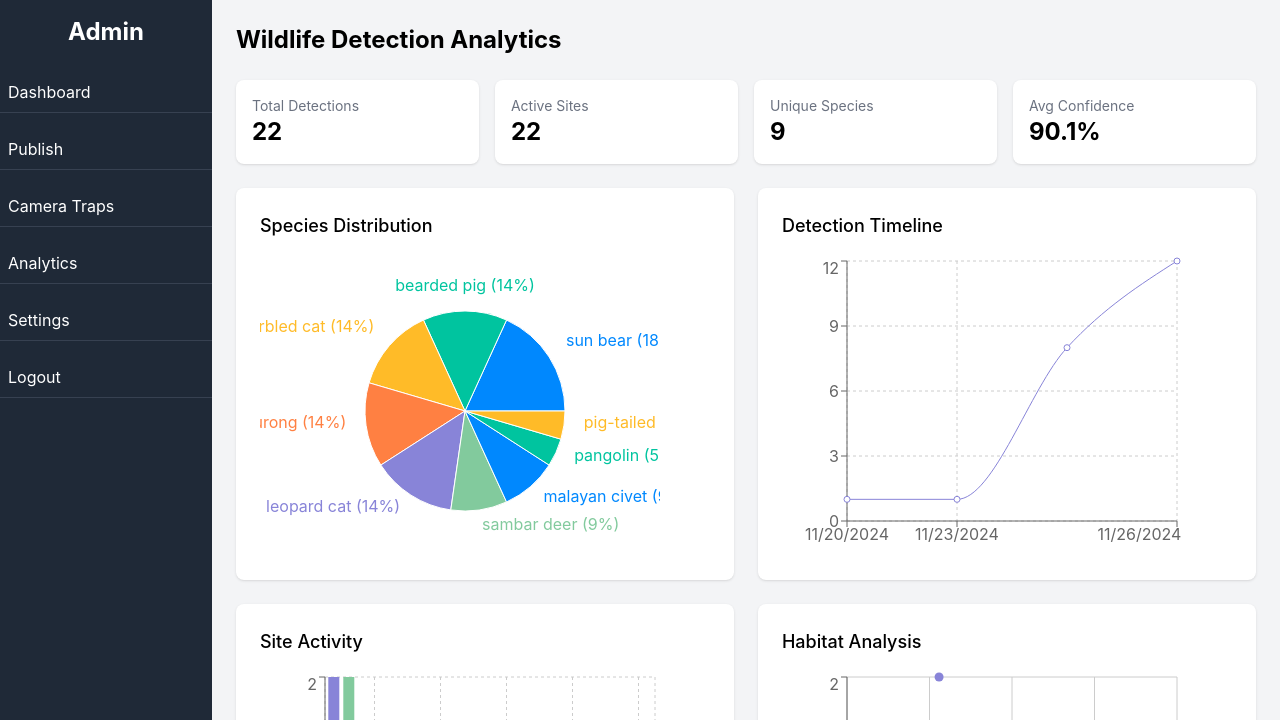
Repository: DominicMathew240/wildlife
Page: /pages/admin/dashboard/analytics
These files come from the project's save history. The page is drawn as it stood at one moment and after a run of saves; the edit follows.
The browser window is 1280 px wide. The pictures show the whole page.
An inner scrolling area shows only its first screen. Some web libraries are served in a nearby version. The project was rebuilt for these pictures with package versions that can differ from the ones it lists, and the page was loaded fresh each time. The framework's server and built-in components were replaced by stand-ins that run in the browser. Also part of the build but not shown: next.config.mjs.

Above is the page before, as saved 2024-11-25 23:57:49.

### src/app/layout.js
import localFont from "next/font/local";
import "./globals.css";

const geistSans = localFont({
  src: "./fonts/GeistVF.woff",
  variable: "--font-geist-sans",
  weight: "100 900",
});
const geistMono = localFont({
  src: "./fonts/GeistMonoVF.woff",
  variable: "--font-geist-mono",
  weight: "100 900",
});

export const metadata = {
  title: "Wild Life",
  description: "Wild Life of Sarawak",
};

export default function RootLayout({ children }) {
  return (
    <html lang="en">
      <head>
        <link href="https://cdn.jsdelivr.net/npm/flowbite@2.5.1/dist/flowbite.min.css" rel="stylesheet" />
      </head>
      <body className={`${geistSans.variable} ${geistMono.variable} antialiased`} >
        {children}

        <script src="https://cdn.jsdelivr.net/npm/flowbite@2.5.1/dist/flowbite.min.js"></script>
      </body>
    </html>
  );
}

### src/app/pages/admin/dashboard/analytics/page.js
"use client";

import React, { useState, useEffect } from 'react';
import { BarChart, Bar, XAxis, YAxis, CartesianGrid, Tooltip, Legend, PieChart, Pie, Cell, LineChart, Line, ScatterChart, Scatter } from 'recharts';
import Sidebar from "../../components/sidebar";
import { createClient } from '@vercel/postgres';


export default function Analytics() {
  // Mock data matching our database schema
  const detectionData = [
    { site_id: '0002-A', species: 'sun bear', confidence: 0.89, timestamp: '2024-11-20 14:23:15' },
    { site_id: '0002-A', species: 'bearded pig', confidence: 0.95, timestamp: '2024-11-25 15:45:32' },
    { site_id: '0002-B', species: 'marbled cat', confidence: 0.88, timestamp: '2024-11-23 16:12:45' },
    { site_id: '0002-C', species: 'sambar deer', confidence: 0.92, timestamp: '2024-11-25 17:30:21' },
    { site_id: '0002-D', species: 'binturong', confidence: 0.87, timestamp: '2024-11-25 18:45:33' },
    { site_id: '0003-A', species: 'sun bear', confidence: 0.91, timestamp: '2024-11-25 19:15:42' },
    { site_id: '0003-B', species: 'pangolin', confidence: 0.86, timestamp: '2024-11-25 20:25:18' },
    { site_id: '0003-C', species: 'leopard cat', confidence: 0.93, timestamp: '2024-11-25 21:35:44' },
    { site_id: '0003-D', species: 'leopard cat', confidence: 0.89, timestamp: '2024-11-25 22:45:12' },
    { site_id: '0004-A', species: 'malayan civet', confidence: 0.90, timestamp: '2024-11-25 23:15:33' },
    { site_id: '0004-B', species: 'pig-tailed macaque', confidence: 0.88, timestamp: '2024-11-26 00:25:42' },
    { site_id: '0004-C', species: 'sun bear', confidence: 0.92, timestamp: '2024-11-26 01:35:18' },
    { site_id: '0004-D', species: 'bearded pig', confidence: 0.94, timestamp: '2024-11-26 02:45:55' },
    { site_id: '0005-A', species: 'marbled cat', confidence: 0.87, timestamp: '2024-11-26 03:15:22' },
    { site_id: '0005-B', species: 'binturong', confidence: 0.89, timestamp: '2024-11-26 04:25:44' },
    { site_id: '0005-C', species: 'sambar deer', confidence: 0.93, timestamp: '2024-11-26 05:35:16' },
    { site_id: '0006-A', species: 'leopard cat', confidence: 0.90, timestamp: '2024-11-26 06:15:33' },
    { site_id: '0006-B', species: 'malayan civet', confidence: 0.88, timestamp: '2024-11-26 07:25:47' },
    { site_id: '0006-C', species: 'sun bear', confidence: 0.91, timestamp: '2024-11-26 08:35:19' },
    { site_id: '0001-A', species: 'bearded pig', confidence: 0.89, timestamp: '2024-11-26 09:15:28' },
    { site_id: '0001-B', species: 'binturong', confidence: 0.92, timestamp: '2024-11-26 10:25:45' },
    { site_id: '0001-C', species: 'marbled cat', confidence: 0.90, timestamp: '2024-11-26 11:35:12' }
];

const siteData = [
    { site_id: '0002-A', elevation_m: 279, forest_cover: 95, canopy_height: 35, water_occurrence: 12, distance_to_road: 0, human_population: 0 },
    { site_id: '0002-B', elevation_m: 308, forest_cover: 97, canopy_height: 43, water_occurrence: 0, distance_to_road: 0, human_population: 0 },
    { site_id: '0002-C', elevation_m: 374, forest_cover: 93, canopy_height: 41, water_occurrence: 0, distance_to_road: 1414.213501, human_population: 0 },
    { site_id: '0002-D', elevation_m: 382, forest_cover: 97, canopy_height: 39, water_occurrence: 0, distance_to_road: 2000, human_population: 0 },
    { site_id: '0002-E', elevation_m: 471, forest_cover: 93, canopy_height: 37, water_occurrence: 0, distance_to_road: 1000, human_population: 0 },
    { site_id: '0003-A', elevation_m: 337, forest_cover: 98, canopy_height: 44, water_occurrence: 0, distance_to_road: 2828.427002, human_population: 0 },
    { site_id: '0003-B', elevation_m: 337, forest_cover: 98, canopy_height: 44, water_occurrence: 0, distance_to_road: 2000, human_population: 0 },
    { site_id: '0003-C', elevation_m: 558, forest_cover: 95, canopy_height: 44, water_occurrence: 0, distance_to_road: 0, human_population: 0 },
    { site_id: '0003-D', elevation_m: 429, forest_cover: 98, canopy_height: 40, water_occurrence: 0, distance_to_road: 0, human_population: 0 },
    { site_id: '0004-A', elevation_m: 439, forest_cover: 98, canopy_height: 41, water_occurrence: 0, distance_to_road: 0, human_population: 0 },
    { site_id: '0004-B', elevation_m: 297, forest_cover: 98, canopy_height: 38, water_occurrence: 0, distance_to_road: 1000, human_population: 0 },
    { site_id: '0004-C', elevation_m: 648, forest_cover: 94, canopy_height: 34, water_occurrence: 0, distance_to_road: 0, human_population: 0 },
    { site_id: '0004-D', elevation_m: 869, forest_cover: 92, canopy_height: 40, water_occurrence: 0, distance_to_road: 2828.427002, human_population: 0 },
    { site_id: '0005-A', elevation_m: 667, forest_cover: 98, canopy_height: 42, water_occurrence: 0, distance_to_road: 0, human_population: 0 },
    { site_id: '0005-B', elevation_m: 667, forest_cover: 98, canopy_height: 42, water_occurrence: 0, distance_to_road: 0, human_population: 0 },
    { site_id: '0005-C', elevation_m: 15, forest_cover: 92, canopy_height: 20, water_occurrence: 0, distance_to_road: 4472.13623, human_population: 0 },
    { site_id: '0006-A', elevation_m: 104, forest_cover: 89, canopy_height: 19, water_occurrence: 0, distance_to_road: 1000, human_population: 0 },
    { site_id: '0006-B', elevation_m: 549, forest_cover: 94, canopy_height: 30, water_occurrence: 0, distance_to_road: 1000, human_population: 0 },
    { site_id: '0006-C', elevation_m: 367, forest_cover: 91, canopy_height: 28, water_occurrence: 0, distance_to_road: 1000, human_population: 7.454078674 },
    { site_id: '0001-A', elevation_m: 72, forest_cover: 93, canopy_height: 23, water_occurrence: 0, distance_to_road: 0, human_population: 3.773095846 },
    { site_id: '0001-B', elevation_m: 300, forest_cover: 92, canopy_height: 37, water_occurrence: 0, distance_to_road: 3605.55127, human_population: 0 },
    { site_id: '0001-C', elevation_m: 281, forest_cover: 95, canopy_height: 31, water_occurrence: 0, distance_to_road: 2236.068115, human_population: 0 }
];

  const getSpeciesStats = () => {
    const stats = {};
    detectionData.forEach(det => {
      if (!stats[det.species]) {
        stats[det.species] = {
          count: 0,
          avgConfidence: 0,
          sites: new Set()
        };
      }
      stats[det.species].count++;
      stats[det.species].avgConfidence += det.confidence;
      stats[det.species].sites.add(det.site_id);
    });

    return Object.entries(stats).map(([species, data]) => ({
      species,
      count: data.count,
      avgConfidence: (data.avgConfidence / data.count * 100).toFixed(1),
      siteCount: data.sites.size
    })).sort((a, b) => b.count - a.count);
  };

  const getSiteStats = () => {
    return siteData.map(site => ({
      ...site,
      detectionCount: detectionData.filter(d => d.site_id === site.site_id).length,
      uniqueSpecies: new Set(detectionData.filter(d => d.site_id === site.site_id).map(d => d.species)).size
    }));
  };

  const getTimeSeriesData = () => {
    const timeData = {};
    detectionData.forEach(det => {
      const date = new Date(det.timestamp).toLocaleDateString();
      timeData[date] = (timeData[date] || 0) + 1;
    });
    return Object.entries(timeData)
      .map(([date, count]) => ({ date, count }))
      .sort((a, b) => new Date(a.date) - new Date(b.date));
  };

  const COLORS = ['#0088FE', '#00C49F', '#FFBB28', '#FF8042', '#8884d8', '#82ca9d'];

  return (
    <div className="flex flex-row h-screen bg-gray-100">
      <Sidebar />
      <div className="w-full p-6 overflow-y-auto">
        <h1 className="text-2xl font-bold mb-6">Wildlife Detection Analytics</h1>

        {/* Overview Cards */}
        <div className="grid grid-cols-1 md:grid-cols-4 gap-4 mb-6">
          <div className="bg-white p-4 rounded-lg shadow">
            <h3 className="text-gray-500 text-sm">Total Detections</h3>
            <p className="text-2xl font-bold">{detectionData.length}</p>
          </div>
          <div className="bg-white p-4 rounded-lg shadow">
            <h3 className="text-gray-500 text-sm">Active Sites</h3>
            <p className="text-2xl font-bold">{siteData.length}</p>
          </div>
          <div className="bg-white p-4 rounded-lg shadow">
            <h3 className="text-gray-500 text-sm">Unique Species</h3>
            <p className="text-2xl font-bold">{new Set(detectionData.map(d => d.species)).size}</p>
          </div>
          <div className="bg-white p-4 rounded-lg shadow">
            <h3 className="text-gray-500 text-sm">Avg Confidence</h3>
            <p className="text-2xl font-bold">
              {(detectionData.reduce((acc, det) => acc + det.confidence, 0) / detectionData.length * 100).toFixed(1)}%
            </p>
          </div>
        </div>

        {/* Charts */}
        <div className="grid grid-cols-1 md:grid-cols-2 gap-6 mb-6">
          <div className="bg-white p-6 rounded-lg shadow">
            <h3 className="text-lg font-medium mb-4">Species Distribution</h3>
            <PieChart width={400} height={300}>
              <Pie
                data={getSpeciesStats()}
                cx={200}
                cy={150}
                labelLine={false}
                outerRadius={100}
                dataKey="count"
                nameKey="species"
                label={({ species, percent }) => `${species} (${(percent * 100).toFixed(0)}%)`}
              >
                {getSpeciesStats().map((entry, index) => (
                  <Cell key={`cell-${index}`} fill={COLORS[index % COLORS.length]} />
                ))}
              </Pie>
              <Tooltip />
            </PieChart>
          </div>

          <div className="bg-white p-6 rounded-lg shadow">
            <h3 className="text-lg font-medium mb-4">Detection Timeline</h3>
            <LineChart width={400} height={300} data={getTimeSeriesData()}>
              <CartesianGrid strokeDasharray="3 3" />
              <XAxis dataKey="date" />
              <YAxis />
              <Tooltip />
              <Line type="monotone" dataKey="count" stroke="#8884d8" />
            </LineChart>
          </div>

          <div className="bg-white p-6 rounded-lg shadow">
            <h3 className="text-lg font-medium mb-4">Site Activity</h3>
            <BarChart width={400} height={300} data={getSiteStats().slice(0, 10)}>
              <CartesianGrid strokeDasharray="3 3" />
              <XAxis dataKey="site_id" />
              <YAxis />
              <Tooltip />
              <Legend />
              <Bar dataKey="detectionCount" fill="#8884d8" name="Detections" />
              <Bar dataKey="uniqueSpecies" fill="#82ca9d" name="Unique Species" />
            </BarChart>
          </div>

          <div className="bg-white p-6 rounded-lg shadow">
            <h3 className="text-lg font-medium mb-4">Habitat Analysis</h3>
            <ScatterChart width={400} height={300}>
              <CartesianGrid />
              <XAxis type="number" dataKey="elevation_m" name="Elevation (m)" />
              <YAxis type="number" dataKey="detectionCount" name="Detection Count" />
              <Tooltip cursor={{ strokeDasharray: '3 3' }} />
              <Scatter name="Sites" data={getSiteStats()} fill="#8884d8" />
            </ScatterChart>
          </div>
        </div>

        {/* Detailed Tables */}
        <div className="grid grid-cols-1 gap-6">
          <div className="bg-white p-6 rounded-lg shadow">
            <h3 className="text-lg font-medium mb-4">Latest Detections</h3>
            <div className="overflow-x-auto">
              <table className="min-w-full">
                <thead>
                  <tr className="bg-gray-50">
                    <th className="p-2">Time</th>
                    <th className="p-2">Site</th>
                    <th className="p-2">Species</th>
                    <th className="p-2">Confidence</th>
                  </tr>
                </thead>
                <tbody>
                  {detectionData.slice(0, 10).map((detection, idx) => (
                    <tr key={idx} className="border-t">
                      <td className="p-2">{new Date(detection.timestamp).toLocaleString()}</td>
                      <td className="p-2">{detection.site_id}</td>
                      <td className="p-2">{detection.species}</td>
                      <td className="p-2">{(detection.confidence * 100).toFixed(1)}%</td>
                    </tr>
                  ))}
                </tbody>
              </table>
            </div>
          </div>

          <div className="bg-white p-6 rounded-lg shadow">
            <h3 className="text-lg font-medium mb-4">Site Performance</h3>
            <div className="overflow-x-auto">
              <table className="min-w-full">
                <thead>
                  <tr className="bg-gray-50">
                    <th className="p-2">Site ID</th>
                    <th className="p-2">Elevation (m)</th>
                    <th className="p-2">Forest Cover (%)</th>
                    <th className="p-2">Canopy Height (m)</th>
                    <th className="p-2">Total Detections</th>
                    <th className="p-2">Unique Species</th>
                  </tr>
                </thead>
                <tbody>
                  {getSiteStats().map((site, idx) => (
                    <tr key={idx} className="border-t">
                      <td className="p-2">{site.site_id}</td>
                      <td className="p-2">{site.elevation_m}</td>
                      <td className="p-2">{site.forest_cover}</td>
                      <td className="p-2">{site.canopy_height}</td>
                      <td className="p-2">{site.detectionCount}</td>
                      <td className="p-2">{site.uniqueSpecies}</td>
                    </tr>
                  ))}
                </tbody>
              </table>
            </div>
          </div>
        </div>
      </div>
    </div>
  );
}

### src/app/globals.css
@tailwind base;
@tailwind components;
@tailwind utilities;

.thank-you-animation {
    font-size: 3rem;
    animation: bounce 1s infinite;
}

@keyframes bounce {
    0%, 100% {
        transform: translateY(0);
    }
    50% {
        transform: translateY(-20px);
    }
}

html {
    scroll-behavior: smooth;
}

### src/app/pages/admin/components/sidebar.js
import React from "react";
import Link from "next/link";

export default function Sidebar() {
    return (
        <aside className="flex flex-col justify-start items-center w-64 h-screen bg-gray-800 text-white">
            <h1 className="text-2xl font-bold mt-4">Admin</h1>
            <ul className="flex flex-col justify-start items-center w-full mt-4">
                <Link href="/pages/admin/dashboard" className="w-full p-2 my-2 border-b border-gray-700">Dashboard</Link>
                <Link href="/pages/admin/dashboard/admin_publish" className="w-full p-2 my-2 border-b border-gray-700">Publish</Link>
                <Link href="/pages/admin/dashboard/camera_traps" className="w-full p-2 my-2 border-b border-gray-700">Camera Traps</Link>
                <Link href="/pages/admin/dashboard/analytics" className="w-full p-2 my-2 border-b border-gray-700">Analytics</Link>
                <Link href="/pages/admin/dashboard/admin_roles" className="w-full p-2 my-2 border-b border-gray-700">Settings</Link>
                <a href="/" className="w-full p-2 my-2 border-b border-gray-700">Logout</a>
            </ul>
        </aside>
    );
}

Loaded but not shown: tailwind.config.js (common file)

After the next 2 saves:
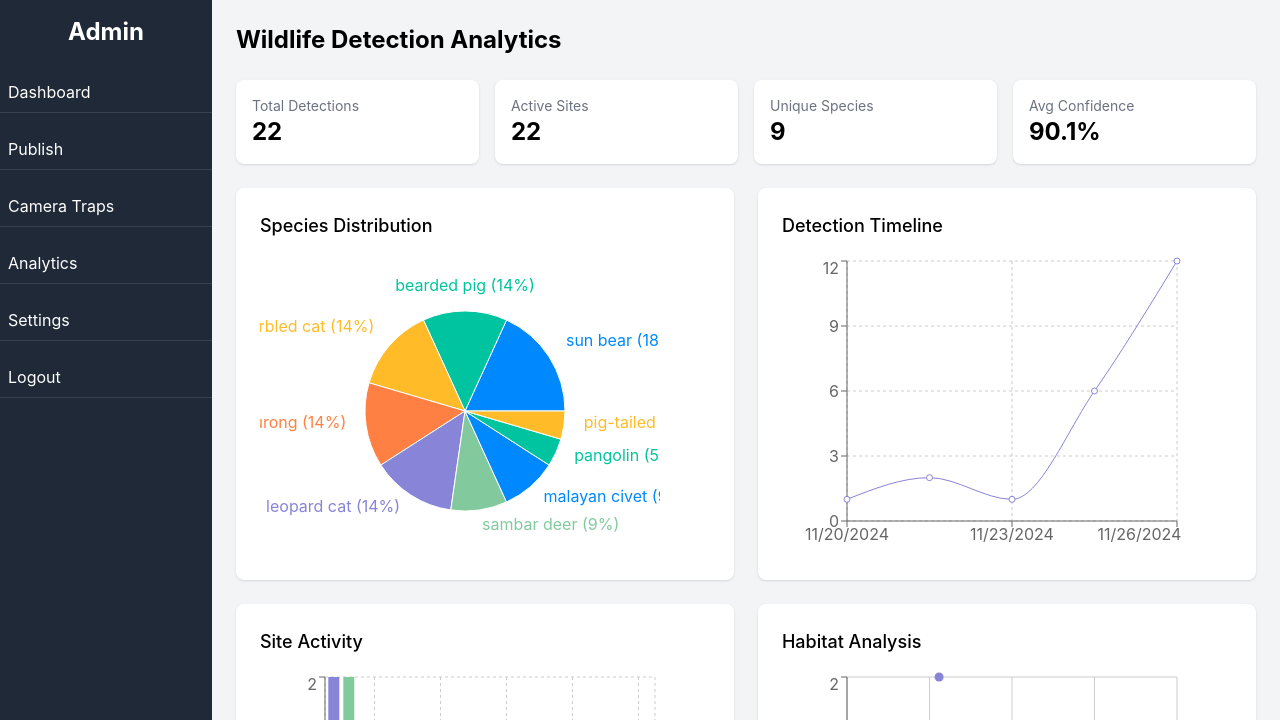
The 2 saves are shown as one change because they came seconds apart.
The last was saved 7 s later.
--- a/src/app/pages/admin/dashboard/analytics/page.js
+++ b/src/app/pages/admin/dashboard/analytics/page.js
@@ -12,8 +12,8 @@ export default function Analytics() {
     { site_id: '0002-A', species: 'sun bear', confidence: 0.89, timestamp: '2024-11-20 14:23:15' },
     { site_id: '0002-A', species: 'bearded pig', confidence: 0.95, timestamp: '2024-11-25 15:45:32' },
     { site_id: '0002-B', species: 'marbled cat', confidence: 0.88, timestamp: '2024-11-23 16:12:45' },
-    { site_id: '0002-C', species: 'sambar deer', confidence: 0.92, timestamp: '2024-11-25 17:30:21' },
-    { site_id: '0002-D', species: 'binturong', confidence: 0.87, timestamp: '2024-11-25 18:45:33' },
+    { site_id: '0002-C', species: 'sambar deer', confidence: 0.92, timestamp: '2024-11-22 17:30:21' },
+    { site_id: '0002-D', species: 'binturong', confidence: 0.87, timestamp: '2024-11-22 18:45:33' },
     { site_id: '0003-A', species: 'sun bear', confidence: 0.91, timestamp: '2024-11-25 19:15:42' },
     { site_id: '0003-B', species: 'pangolin', confidence: 0.86, timestamp: '2024-11-25 20:25:18' },
     { site_id: '0003-C', species: 'leopard cat', confidence: 0.93, timestamp: '2024-11-25 21:35:44' },
